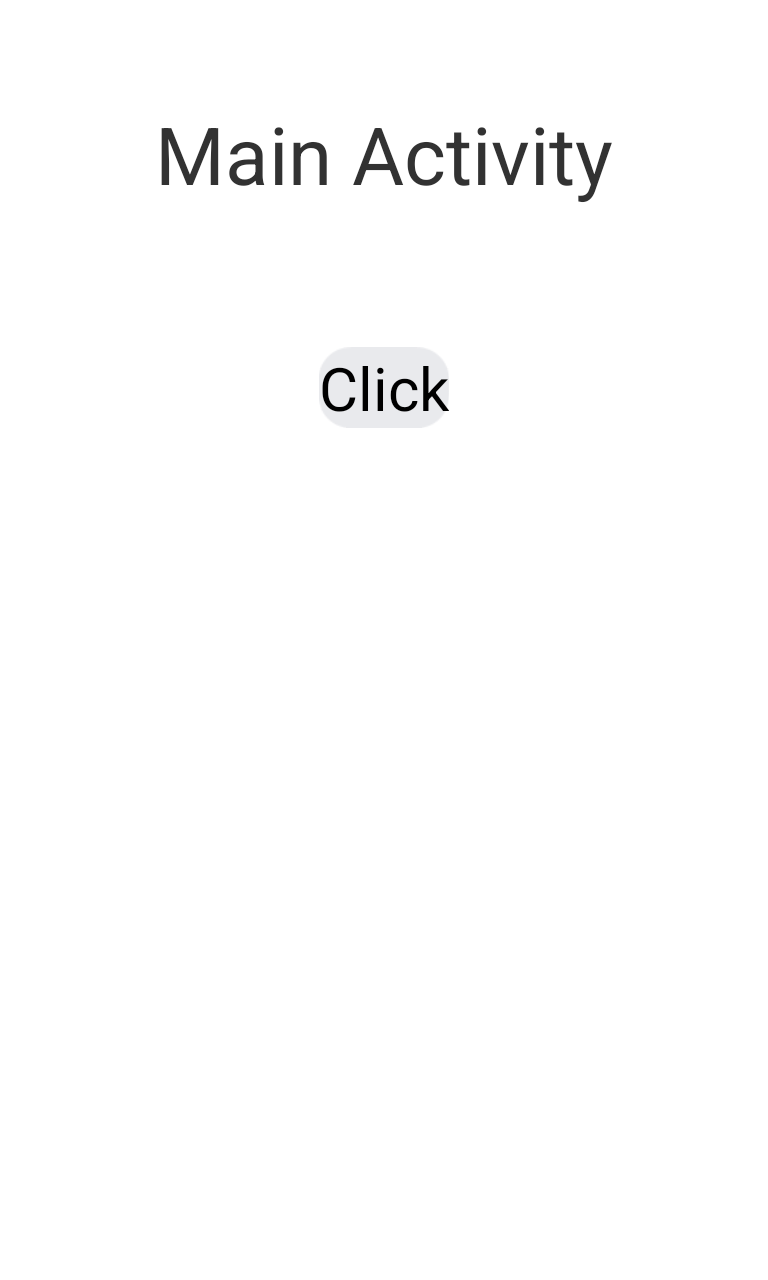
Repository: CiLiNet-Android/courseware
Layout: Android用户界面/Button/SourceCodes/ButtonDemo/res/layout/activity_main.xml
These files come from the project's save history. The layout is drawn as it stood at one moment and after the next save; the edit follows.
It is drawn on a 768 x 1280 px phone screen (xhdpi) without system bars, with theme AppTheme; the app's code is not run.

Above is the layout before, as saved 2014-02-23 08:55:24.

After the next save:
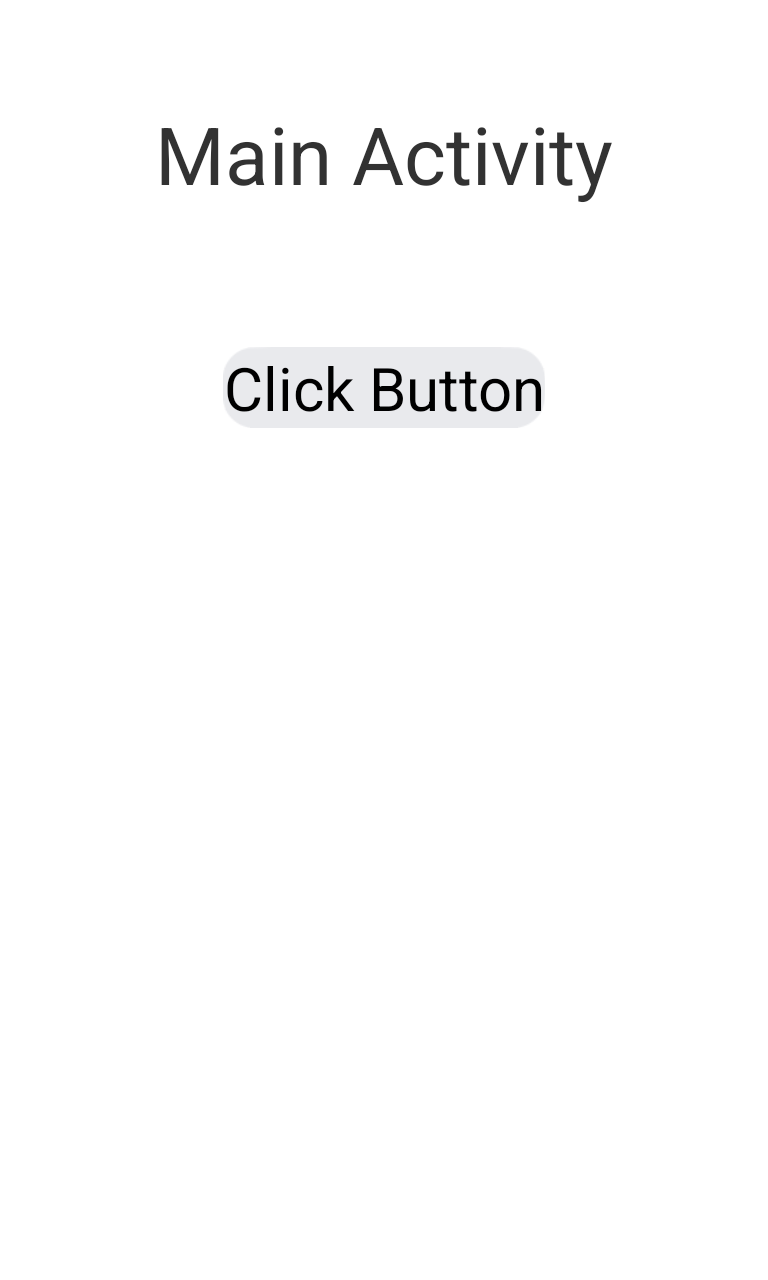
Saved 21 s later.
--- a/Android用户界面/Button/SourceCodes/ButtonDemo/res/layout/activity_main.xml
+++ b/Android用户界面/Button/SourceCodes/ButtonDemo/res/layout/activity_main.xml
@@ -18,7 +18,7 @@
         android:layout_height="wrap_content"
         android:layout_marginTop="70dp"
         android:textSize="30sp"
-        android:text="Click"
+        android:text="Click Button"
         android:background="@drawable/bg_delwords_nor"
         android:id="@+id/btn_clickButton"/>
 
